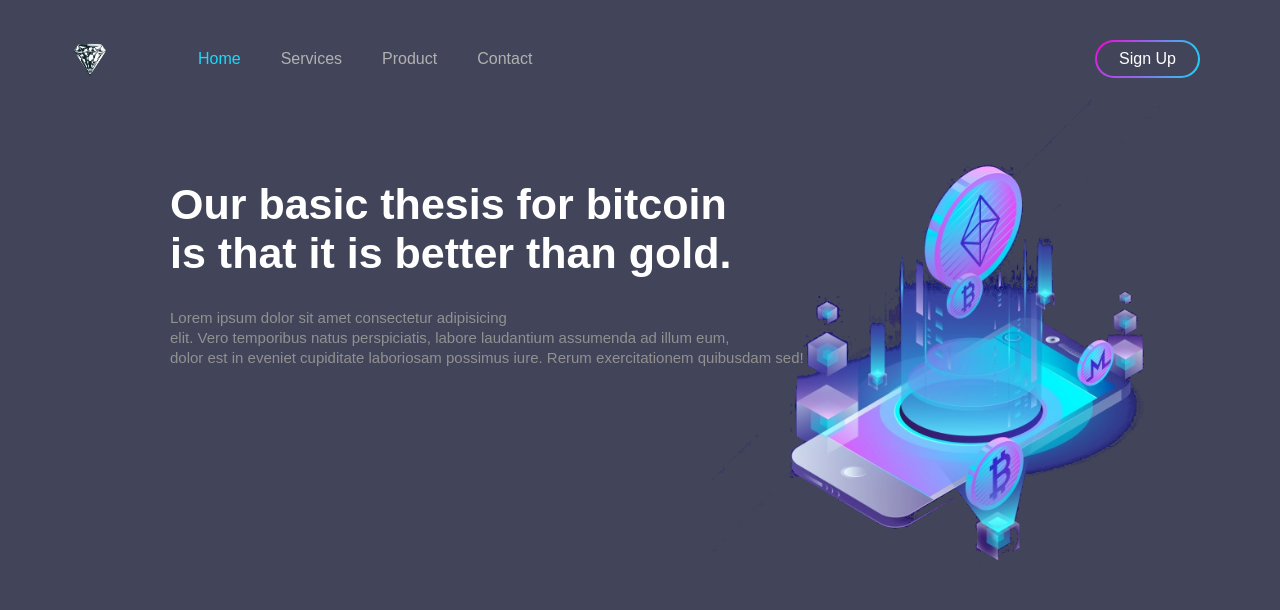
Repository: Aakarshit-Sharma19/Basic-HTML-and-CSS-Page-
Page: index.html
An editor plug-in stored every save of this project. The page is shown before and after the next save, followed by the edit.
The browser window is 1280 px wide. The pictures show the whole page.

Above is the page before, as saved 2020-11-10 15:36:04.

### index.html
<!DOCTYPE html>
<html lang="en">

<head>
    <title>Crypto Currency Web App - Easy Tutorials</title>
    <link rel="stylesheet" href="style.css">
</head>

<body>
    <div class="container">
        <div class="menu">
            <ul>
                <li class="logo"><img src="1349.png" alt="diamond"></li>
                <li class="active">Home</li>
                <li>Services</li>
                <li>Product</li>
                <li>Contact</li>
                <li><a href="#" class="signup-btn"><span>Sign Up</span></a></li>
            </ul>
        </div>
        <div class="banner">
            <div class="app-text">
                <h1>Our basic thesis for bitcoin <br> is that it is better than gold.</h1>
                <p>Lorem ipsum dolor sit amet consectetur adipisicing <br>elit. Vero temporibus natus perspiciatis,
                    labore
                    laudantium assumenda ad illum eum,<br>  dolor est in eveniet cupiditate laboriosam possimus iure.
                    Rerum
                    exercitationem quibusdam sed!</p>
            </div>
            <div class="app-picture">
                <img src="background.png" alt="">
            </div>
        </div>
    </div>
</body>

</html>

### style.css
* {
    margin: 0;
    padding: 0;
    font-family: sans-serif;
}

body{
    background: #42455a;
}
.container{
    width: 100%;
    height: 100%;
}

.menu ul{
    display: inline-flex;
    margin: 50px;
}

.menu ul li{
    list-style: none;
    margin: 0 20px;
    color: #b2b1b1;
    cursor: pointer;
}

.logo img{
    width: 40px;
    margin-top: -12px;
    margin-right: 48px;
}

.active{
    color: #19dafa!important;
}

.signup-btn{
    top: 40px;
    right: 80px;
    position: absolute;
    text-decoration: none;
    color: #fff;
    border: 2px solid transparent;
    border-radius: 20px;
    background-image: linear-gradient(#42455a, #42455a), radial-gradient(circle at top left, #fd00da, #19d7f8);
    background-origin: border-box;
    background-clip: content-box,border-box;
}

.signup-btn span{
    display: block;
    padding: 8px 22px;
}

.banner{
    width: 80%;
    height: 70%;
    top: 25%;
    left: 130px;
    position: absolute;
    color: #fff;
}

.app-text{
    width: 50%;
    float: left;
}

.app-text h1{
    font-size: 43px;
    width: 640px;
    position: relative;
    margin-left: 40px;
}

.app-text p{
    font-size: 15px;
    width: 650px;
    margin: 30px 0 30px 40px;
    line-height: 20px;
    color: #919191;
}

.app-picture{
    width: 50%;
    float: right;
}

.app-picture img{
    width: 100%;
    margin-top: -80px;
    padding-left: 70px;
}

After the next save:
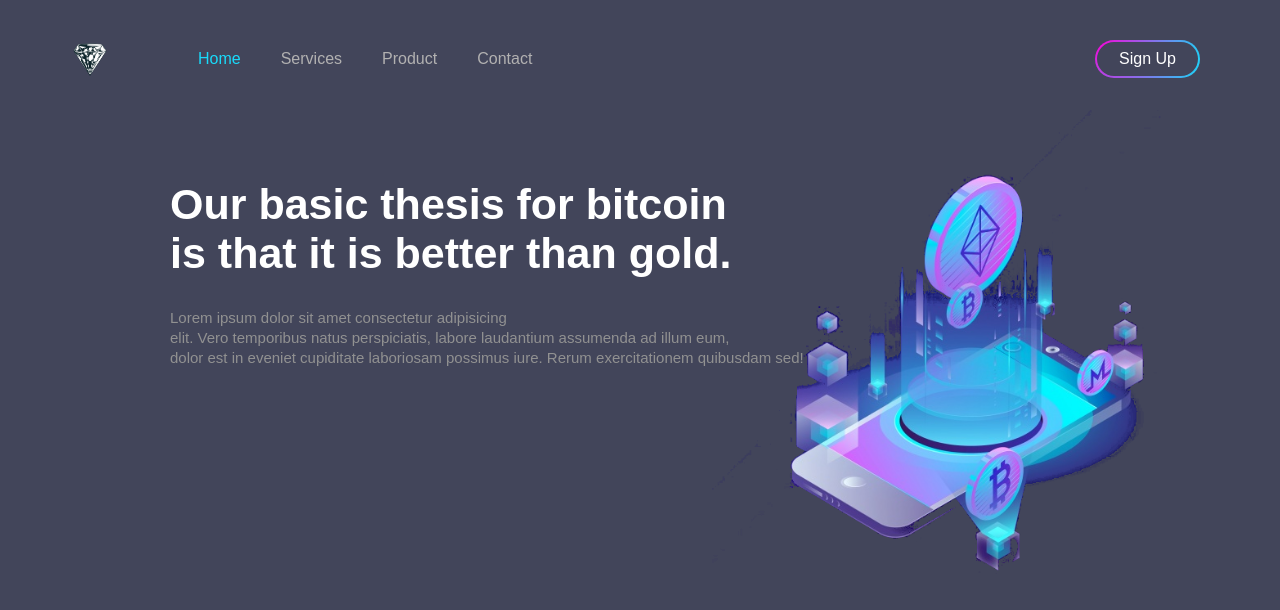
Saved 5 s later.
--- a/style.css
+++ b/style.css
@@ -88,6 +88,6 @@ body{
 
 .app-picture img{
     width: 100%;
-    margin-top: -80px;
+    margin-top: -70px;
     padding-left: 70px;
 }
